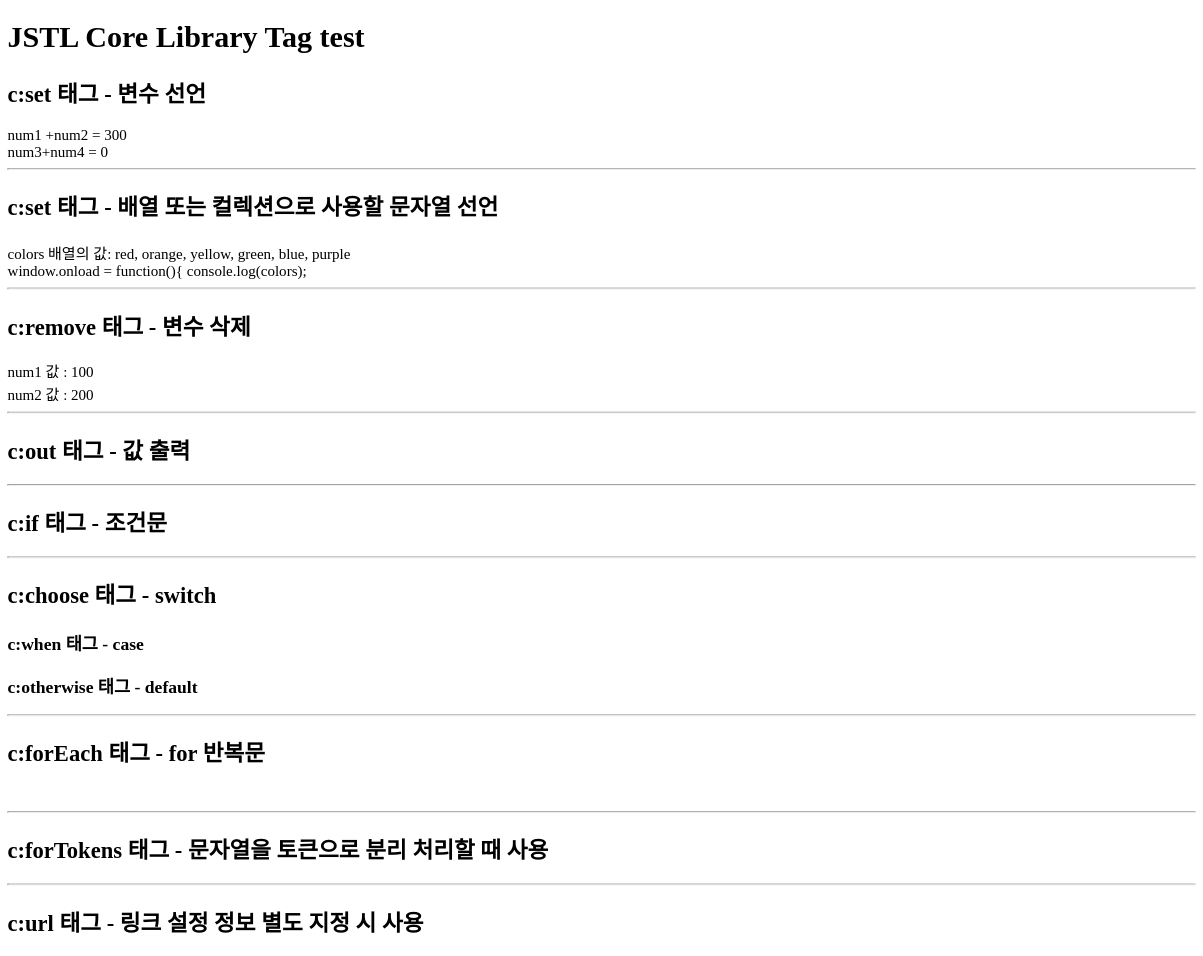
Repository: Joehyunhee/06_jsp
Page: http://localhost/chap02-el-jstl/views/jstl/testJstlCore.jsp
These files come from the project's save history. The page is drawn as it stood at one moment and after the next save; the edit follows.
The browser window is 1280 px wide. The pictures show the whole page, at 94% of full size.
The page is served by Tomcat 10. The template is opened directly, without the code that normally fills it, so the values that code supplies are empty.

Above is the page before, as saved 2024-06-10 06:50:29.

After the next save:
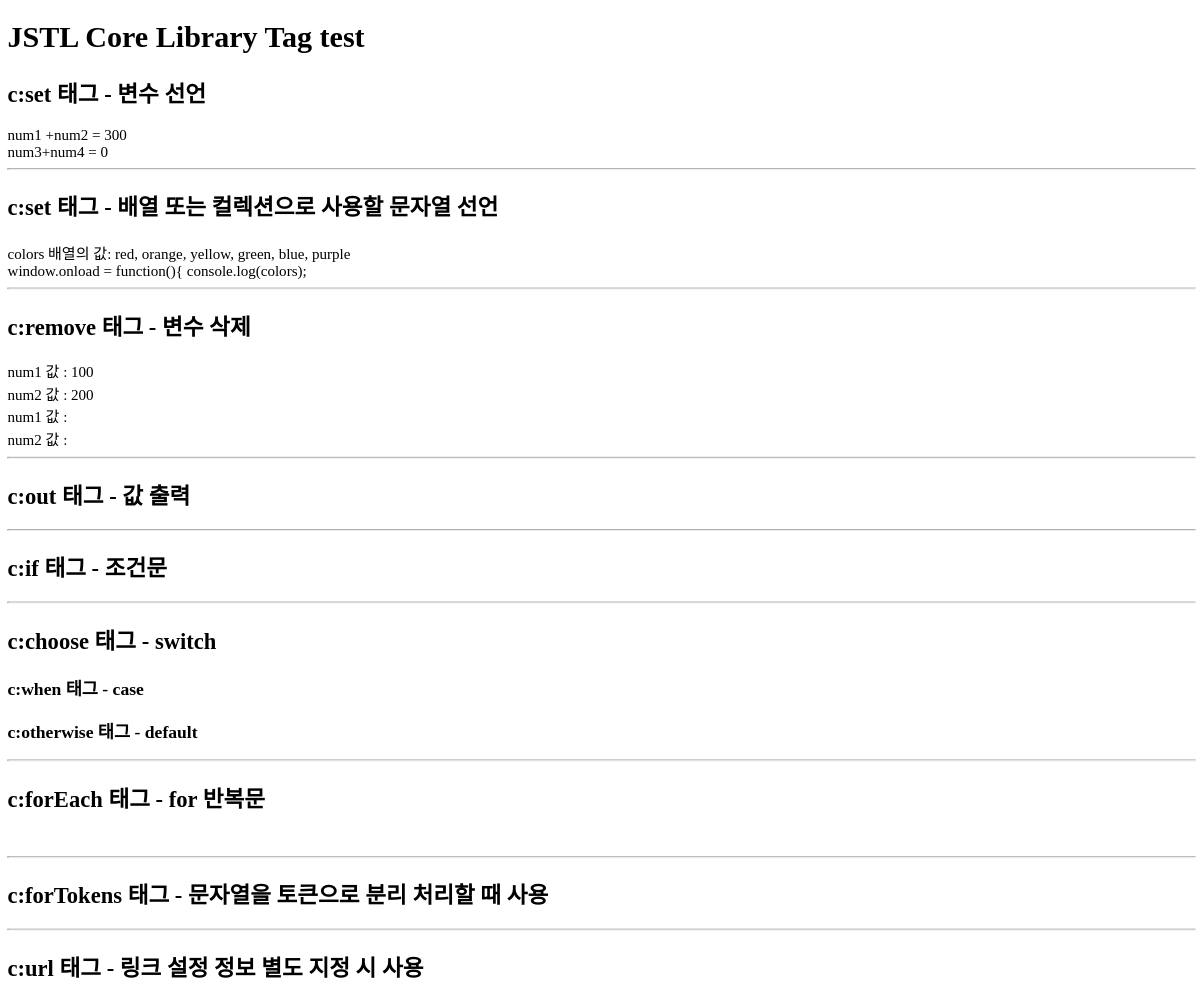
Saved 61 s later.
--- a/chap02-el-jstl/src/main/webapp/views/jstl/testJstlCore.jsp
+++ b/chap02-el-jstl/src/main/webapp/views/jstl/testJstlCore.jsp
@@ -44,7 +44,11 @@
 	num2 값 : ${num2 } <br>
 
 	<%-- scope를 지정하지 않으면 모든 scope의 동일한 이름을 가진 변수를 모두 제거한다. --%>
+	<c:remove var="num1" scope="session"/>
+	<c:remove var="num2" scope="session"/>
 
+	num1 값 : ${num1 } <br>
+	num2 값 : ${num2 } <br>
 	<hr />
 	<!-- 보안 기준  -->
 	<h2>c:out 태그 - 값 출력</h2>
